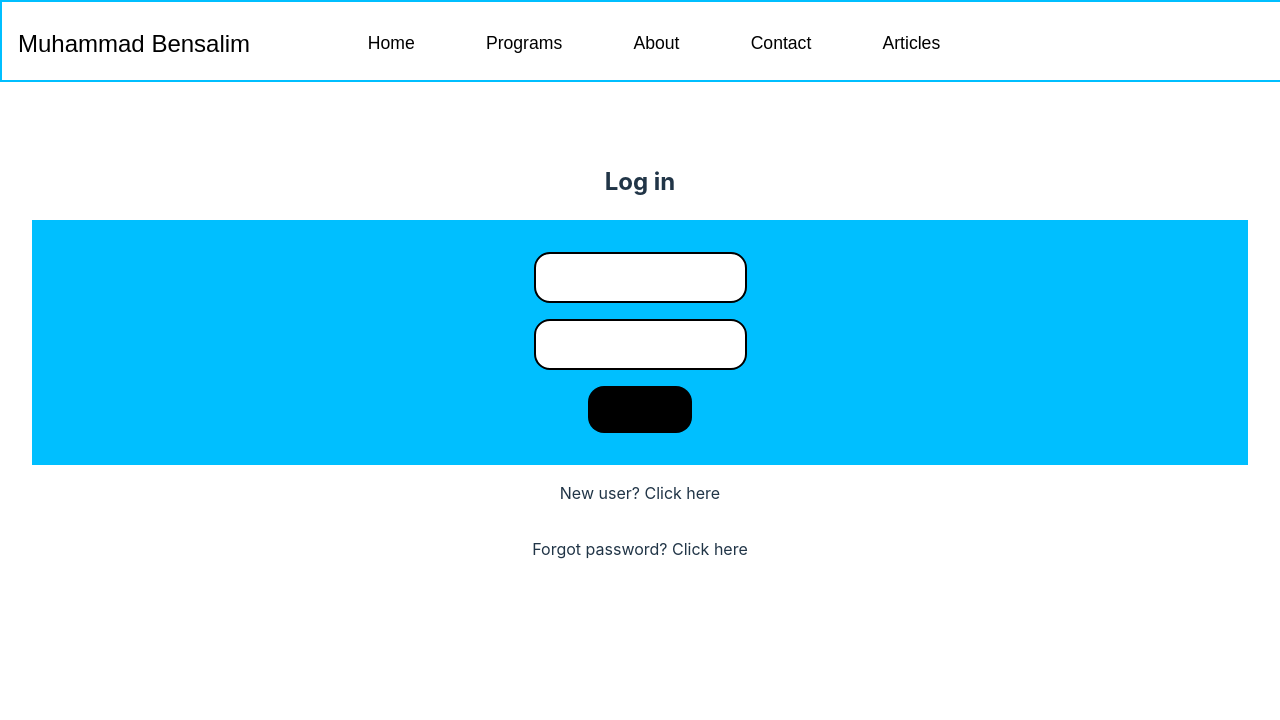
Repository: TMuse333/fitness_templates
Page: /progress
An editor plug-in stored every save of this project. The page is shown before and after a run of saves, followed by the edit.
The browser window is 1280 px wide. The pictures show the whole page.
The project was rebuilt for these pictures with package versions that can differ from the ones it lists, and the page was loaded fresh each time. Also part of the build but not shown: vite.config.js, src/components/herobanner/herobanner.css, src/components/herobanner/herobanner.jsx, src/components/about/about.css, src/components/about/about.jsx, src/components/serviceOffering/serviceOffering.css, src/components/serviceOffering/serviceOffering.jsx, src/data/data.js and 31 more. Imported but missing from the stored project, and not drawn on this page: src/media/best_dunk.mp4.

Above is the page before, as saved 2024-03-09 19:40:20.

### src/main.jsx
import './index.css'
import * as React from 'react';
import { StrictMode } from 'react';
import { createRoot } from 'react-dom/client';
import { BrowserRouter } from 'react-router-dom';

import App from './App';

const rootElement = document.getElementById('root');
const root = createRoot(rootElement);

root.render(
  <StrictMode>
    <BrowserRouter>
      <App />
    </BrowserRouter>
  </StrictMode>
);

### src/index.css
:root {
  font-family: Inter, system-ui, Avenir, Helvetica, Arial, sans-serif;
  line-height: 1.5;
  font-weight: 400;

  color-scheme: light dark;
  color: rgba(255, 255, 255, 0.87);
  background-color: #242424;

  font-synthesis: none;
  text-rendering: optimizeLegibility;
  -webkit-font-smoothing: antialiased;
  -moz-osx-font-smoothing: grayscale;
}

a {
  font-weight: 500;

  text-decoration: inherit;
}
a:hover {

}

body {
  margin: 0;
  display: flex;
  place-items: center;
  min-width: 320px;
  min-height: 100vh;
}

h1 {
  font-size: 3.2em;
  line-height: 1.1;
}

button {
/* border: none;
  padding: 0.6em 1.2em;
  font-size: 1em;
  font-weight: 500;
  font-family: inherit;

  cursor: pointer;
  transition: border-color 0.25s;
  transition: all 0.3s ease-in; */
  background-color: #00bfff;

  font-size: 1.5rem;
  border-radius: 1rem;
  padding: 0.6rem 1.2rem;
  font-weight: 500;
  border: none;
  margin: 0 auto;
}
button:hover {
  /* transform: scale(1.3); */

}
button:focus,
button:focus-visible {
  outline: 4px auto -webkit-focus-ring-color;
}

@media (prefers-color-scheme: light) {
  :root {
    color: #213547;
    background-color: #ffffff;
  }
  a:hover {
    color: #747bff;
  }
  button {
    background-color: #f9f9f9;
  }
}

### src/App.jsx
import { useState } from 'react'

import './App.css'
import Homepage from '../pages/homepage'
import Program from '../pages/program';
import { BrowserRouter as Router, Route, Routes } from 'react-router-dom';
import Contact from '../pages/contact';
import About from '../pages/about';
import Articles from '../pages/articles';
import Progress from '../pages/progress';


function App() {
  const [count, setCount] = useState(0)

  return (
    <>
    <Routes>
      <Route path='/'
        element={<Homepage/>}
        />
        <Route path='programs'
        element={<Program/>}
        />
        <Route path='contact'
        element={<Contact/>}
        />
        <Route path='about'
        element={<About/>}
        />
        <Route path='articles'
        element={<Articles/>}
        />
        <Route path='progress'
        element={<Progress/>}
        />
    </Routes>

    </>
  )
}

export default App

### src/App.css
#root {
  max-width: 1280px;
  margin: 0 auto;
  padding: 2rem;
  text-align: center;
}

.logo {
  height: 6em;
  padding: 1.5em;
  will-change: filter;
  transition: filter 300ms;
}
.logo:hover {
  filter: drop-shadow(0 0 2em #646cffaa);
}
.logo.react:hover {
  filter: drop-shadow(0 0 2em #61dafbaa);
}

.homepage{
  position: absolute;
  left:0;
  top:0;
  overflow-x: hidden;
  background: radial-gradient(circle at center, rgba(1, 181, 241, 0.7), rgba(24, 60, 84, 0.7));
}

.program-container, .personal-container, .articles-container
{
  position: absolute;
  top:0;
  left:0;
  overflow-x: hidden;
}

.progress-container{
  position: absolute;
  left:0;
  top:20%;
}

.program-video{
  background-color: red;
}

.questions-list{
  margin-bottom: 3rem;
}



@keyframes logo-spin {
  from {
    transform: rotate(0deg);
  }
  to {
    transform: rotate(360deg);
  }
}

@media (prefers-reduced-motion: no-preference) {
  a:nth-of-type(2) .logo {
    animation: logo-spin infinite 20s linear;
  }
}

.card {
  padding: 2em;
}

.read-the-docs {
  color: #888;
}

### pages/progress.jsx
import React from "react";
import Navbar from "../src/components/navbar/navbar";
import Login from "../src/components/login/Login";



const Progress = () => {

    const links = [
        {
            dest:'/',
            name:'Home'
          },
        {
            dest:'programs',
            name:'Programs'
        },
        {
            dest:'about',
            name:'About'
        },
        {
            dest:'contact',
            name:'Contact'
        },
        {
            dest:'articles',
            name:"Articles"
        },

    ]

    return (<>
<Navbar links={links}
/>
<div className="progress-container">


       <Login/>
       </div>
        </>

    )
}


export default Progress

### src/components/navbar/navbar.jsx
import React, { useState,useEffect } from 'react';
// import { FaArrowLeft, FaArrowRight } from 'react-icons/fa';
import { Link } from 'react-router-dom';
import './navbar.css'

import nobg from '../../media/quantum-striker-pose.png'





const Navbar = ({links,id}) => {
  const [subMenuVisible, setSubMenuVisible] = useState(false);
  const [isMobile, setIsMobile] = useState(true)
  const [hovered, setHovered] = useState(false)
  const [navHovered, setNavHovered] = useState(null)

  const handleMouseEnter = () => {
    setHovered(true)
  }

  const handleMouseLeave = () => {
    setHovered(false)
  }

  const handleNavEnter = (index) => {
    setNavHovered(index);
  };

  const handleNavLeave = () => {
    setNavHovered(null);
  };

  const toggleSubMenu = () => {

    setSubMenuVisible(!subMenuVisible);
  };


  useEffect(() => {
    // Function to update sub-menu visibility when the screen width changes
    const handleResize = () => {
      const screenWidth = window.innerWidth;
      setIsMobile(!(screenWidth >= 865)); // Set subMenuVisible to true if screen width is at least 415 pixels
    };

    // Add a resize event listener to update the sub-menu visibility
    window.addEventListener('resize', handleResize);

    // Initial call to set sub-menu visibility based on current screen width
    handleResize();

    // Clean up the event listener when the component unmounts
    return () => {
      window.removeEventListener('resize', handleResize);
    };
  }, []);

  const style = {
height: isMobile && !subMenuVisible ? '0px' :  isMobile ? '190px' : 'auto',
overflowY:'hidden',
width: isMobile ?'80px':'auto',
backgroundImage: isMobile ? 'linear-gradient(to right, #00bfff, #4db8ff, #64bcff, #00bfff)' : null,
transition: isMobile? 'height 0.3s ease-in,padding 0.3s ease-in' : null,
marginTop: isMobile ? '1rem' : null,
borderRadius:'10px',
paddingTop:subMenuVisible ?'1rem' : '0'



  };

  const navStyle = (index) => {

    return{
      backgroundColor: navHovered === index? '#00bfff' : null,
      padding:'0 0.55rem 0 0.55rem',
      borderRadius:'7px',
      // color:navHovered === index? '#6c5933' : null,
    }
  }

  const logoStyle = {
    transform: hovered || subMenuVisible? 'scale(1.3)' : 'scale(1)',
    width:'50px',
    transition:'all ease-in 0.3s',
    backgroundColor:'transparent',
    marginTop:'-1rem'
  }

  return (

    <div className='navbar-container'
    id={id}>
    <p
          className='big-logo'
          style={logoStyle}
          />
    <div className='navbar-logo'>

   <Link to='/'
   className='home-nav'>


        <p className='navbar-logo'
      >Muhammad Bensalim</p>
       </Link>

      </div>




      <div className='list-container'>
        <button onClick={toggleSubMenu}

        className='mini-logo'

        >



       <img style={logoStyle}
       onMouseEnter={handleMouseEnter}
       onMouseLeave={handleMouseLeave}
       src={nobg}

 />
        </button>
        <ul
        className='nav-list'
        style={style}

         >

          {links.map((link,index) => (
            <Link to={link.dest}
            key={index}
            className='nav-link'>
                <li
                onMouseEnter={()=>handleNavEnter(index)}
                onMouseLeave={()=>handleNavLeave()}
                style={navStyle(index)}>
                  {link.name}
                </li>
            </Link>
          ))}

        </ul>
      </div>




       </div>

  );
};

export default Navbar;

### src/components/login/Login.jsx
import React from "react";
import Footer from "../footer/footer";
import './login.css'


const Login = () => {
  return (
    <>
      <div className="login-container">
        <h2>Log in</h2>
        <div className="login-box">
          <form>
            <div className="form-group">

              <input type="text" id="username" name="username"
              placeholder="Username"/>
            </div>

            <div className="form-group">

              <input type="password" id="password" name="password"
              placeholder="Password" />
            </div>

            <button className="login-button"
             type="submit">Log in</button>
          </form>

        </div>
        <p>New user? Click here</p>
        <p>Forgot password? Click here</p>
      </div>


    </>
  );
};

export default Login;

### src/components/navbar/navbar.css
/* Add this to your navbar.css file */

.navbar-container{


    position: fixed;
     width: 100vw;

     top: 0px;
     left:0px;
     background:rgba(255, 255, 255, 0.7) ;

     height: 70px;
     z-index: 30;
  padding-top: 0.5rem;
  border-bottom: 2px solid #333;

    border: 2px solid #00bfff;

   }

   #overview-nav{
    background: radial-gradient(circle at center, rgba(0, 153, 205, 0.7), rgba(48, 115, 160, 0.9));
   }

   .big-logo{
     display: none;
   }

   .list-container {
    color:white;
    transform: translateY(-2.5rem);
    width:min-content;
    margin-left: auto;
    /* background-color: #BE9F5B; */
    margin-right: 2rem;
  /* background: linear-gradient(to right, #6c5933, #be9f5b, #6c5933);; */



   }

   .nav-list{
     /* margin-right: 2rem; */
     width: 50px;
     align-items: center;
     display:flex;
     flex-direction: column;
     margin-right: -1.5rem;
     color:black;
     /* background-color: #BE9F5B;
     background: linear-gradient(to right, #6c5933, #be9f5b, #6c5933); */
   }

   .home-nav{
    text-decoration: none;
   }

   .list-container li{
     list-style-type: none;
     /* transform: translateX(-25%); */
     padding:10px;
     color:black;
     font-weight: 500;
     transform: translateX(-1rem);
     font-family: 'Palatino Sans', 'Palatino Sans Informal', 'Palatino Sans Text', 'Palatino Sans W1G', 'Palatino Sans W01', sans-serif;
    text-decoration: none;
    margin-top: 0.5rem;
    margin-bottom: 1rem;
    /* color:white; */



     /* margin-top: -2rem; */

   }

   .list-container li a {
    text-decoration: none;
    color:white;
   }

   .mini-logo {
     display: flex;
     justify-content: center;
     align-items: center;
     margin-top: -1rem;
     height: 2.5rem;
     width: 2rem; /* Set the width and height to make it a perfect circle */
     padding: 0; /* Remove padding */
     border-radius: 50%; /* Make it circular */
     margin-left: auto;

     /* margin-right: auto; */
     background-color: transparent;
     border-color: transparent;



   }

   .navbar-logo{
     color:black;
     text-align: left;
     margin-left: 0.5rem;
     font-family: 'Abhaya Libre', sans-serif;
     font-size: 1.3rem;
     margin-top: 1.3rem;
     /* background-color: #BE9F5B; */
     /* background-image: url(src/media/SAINEY-MEDIA.png); */

   }

   .nav-button::before,
   .nav-button::after {
     content: '';
     position: absolute;
     background-color: #d15959; /* Set the color of the lines */
     height: 2px; /* Set the height of the lines */
     width: 10%; /* Set the width of the lines */
   }

   .nav-button::before {
     top: 5%;
   }

   .nav-button::after {
     top: 8%;
   }

  .nav-link{
  text-decoration: none;
  color:white;
  }

  @media screen and (min-width:400px){
    .mini-logo{
      margin-right: 1.5rem;
    }
  }



   @media screen and (min-width: 865px)  {
     .nav-list {
       display: flex;
       width:max-content;
       flex-direction: row;
       justify-content: space-between;
       padding:0 5px 0 5px;
       margin-top: -0.8rem;
       height:100%;
       /* transform: translateX(1rem); */
       /* background-color: rgb(38, 37, 79); */
       /* background-color: #d15959; */




       /* background-color: ; */
     }

     /* .navbar-container{
      width:98vw;
     } */

     .list-container{
      width:45vw;
      margin-top: -1.5rem;
     }

     .list-container li{
      font-size: 1.1rem;
      font-weight: 400;
     }



     .nav-button{
       /* display: none; */
     }

     .list-container li{
       transform: translateX(0rem);
       white-space: nowrap;
       padding:0;
     }

     .list-container{

       margin-left: auto;
       margin-right: auto;
     }

     .mini-logo{
       display: none;
     }

     .navbar-logo{
      font-size: 1.5rem;
      margin-top: 1rem;
     }

     .big-logo{
       position: absolute;
       right:2rem;
       display: flex;
       top:1rem;
     }

     /* .navbar-logo{
       display: none;
     } */
   }

### src/components/login/login.css
.login-box{
    background-color: #00bfff;
    padding:2rem;
    width:90vw;
    margin:0 auto;

}

.login-box input{
    padding:1rem;
    margin-bottom: 1rem;
    border-radius: 1rem;
    border: 2px solid black;

}

.login-button{
    background-color: black;
    margin: 0 auto;
    padding: 1;
    /* margin-top: 1rem; */
    transition: all 0.3s ease-out;
}

.login-button:hover{
    border: 2px solid white;
    transform: scale(1.2);
}

.login-box input::placeholder {
    /* Style the placeholder text here */
    color: white;
    opacity: 1; /* You can adjust the opacity if needed */
    font-size: 1rem;
  }

.login-container{
    width:100vw;
    display: flex;
    flex-direction: column;
    justify-content: center;
    align-items: center;

}

### src/components/footer/footer.jsx
import React from 'react';
import { Link } from 'react-router-dom';
import './footer.css'

const Footer = ({links}) => {
  return (
    <footer>
      <div className="footer-container">



      <div className="quick-links">
        {links.map((link,index) => (
          <Link to={link.dest}
          className='link'
          key={index}>
            {link.name}
          </Link>
        ))}
        </div>


      </div>

      <p>Muhammad Bensalim Training 2024</p>

    </footer>
  );
};

export default Footer;

### src/components/footer/footer.css
.footer-container {
    /* background-color: var(--primary-color); */

    width:100vw;
    font-family: 'spartan',sans-serif;
    /* border:1px solid white; */

}

.quick-links{

    display: flex;
    /* justify-content: space-around; */
    font-family: 'spartan',sans-serif;
    flex-direction: column;



}

.link {

    color:rgb(87, 181, 253);
    padding-bottom: 5px;
    font-family: 'spartan',sans-serif;

}

Loaded but not shown: index.html (common file)

After the next 3 saves:
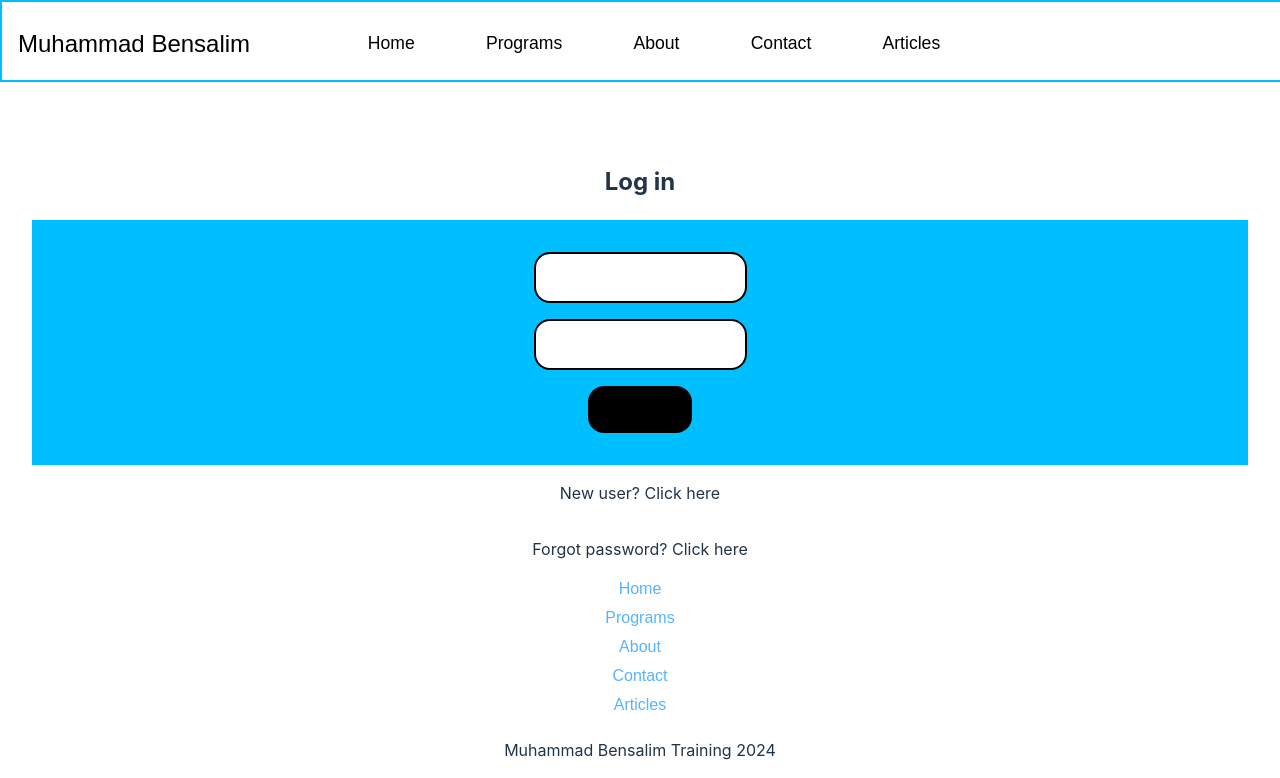
The 3 saves are shown as one change because they came seconds apart.
The last was saved 15 s later.
--- a/pages/progress.jsx
+++ b/pages/progress.jsx
@@ -1,6 +1,7 @@
 import React from "react";
 import Navbar from "../src/components/navbar/navbar";
 import Login from "../src/components/login/Login";
+import Footer from "../src/components/footer/footer";
 
 
 
@@ -37,6 +38,8 @@ const Progress = () => {
 
 
        <Login/>
+       <Footer
+       links={links}/>
        </div>
         </>
 
